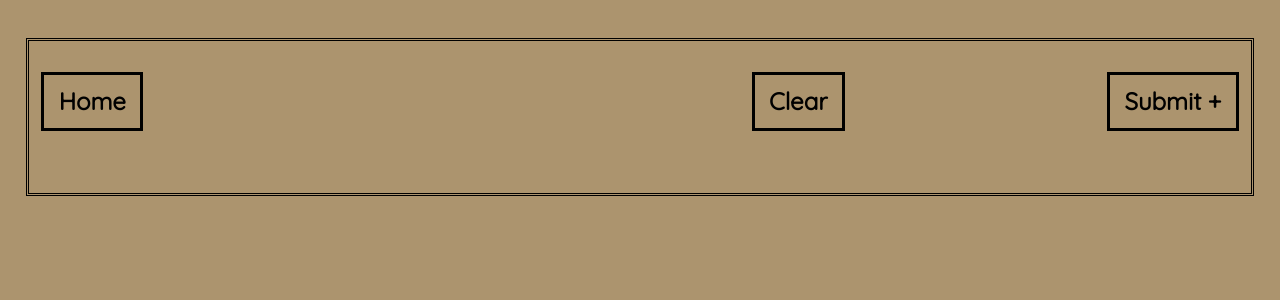
Repository: rickypcyt/ricky-react-portfolio
Page: /WebMural
The author's editor kept a copy of each file at every save. The page is drawn from the files as they stood at one save, then again after a run of saves.
The browser window is 1280 px wide. The pictures show the whole page.
The project was rebuilt for these pictures with package versions that can differ from the ones it lists, and the page was loaded fresh each time. Also part of the build but not shown: src/Content.js, src/pages/Info.js, src/pages/Projects.js, src/pages/Contact.js, src/pages/NotesJS.js.

Above is the page before, as saved 2022-09-12 15:04:33.

After the next 4 saves:
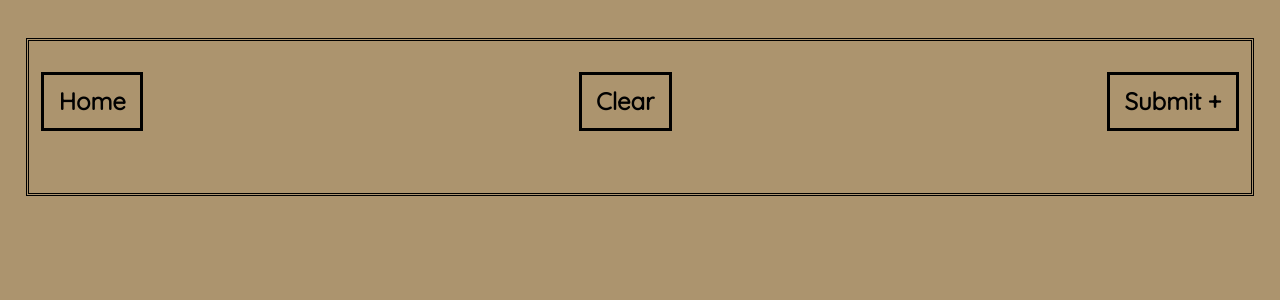
The 4 saves are shown as one change because they came seconds apart.
The last was saved 24 s later.
--- a/src/pages/WebMural.js
+++ b/src/pages/WebMural.js
@@ -31,8 +31,10 @@ const UploadAndDisplayImage = () => {
     <main>
       <nav className="cabeceranavi">
         <ol>
-          <div className="oli">Home</div>
-          <CustomLink to="/"></CustomLink>
+          <div>
+            <div className="oli">Home</div>
+            <CustomLink to="/"></CustomLink>
+          </div>
           <nav className="oli" onClick={() => handleImageChange(null)}>
             Clear
           </nav>
